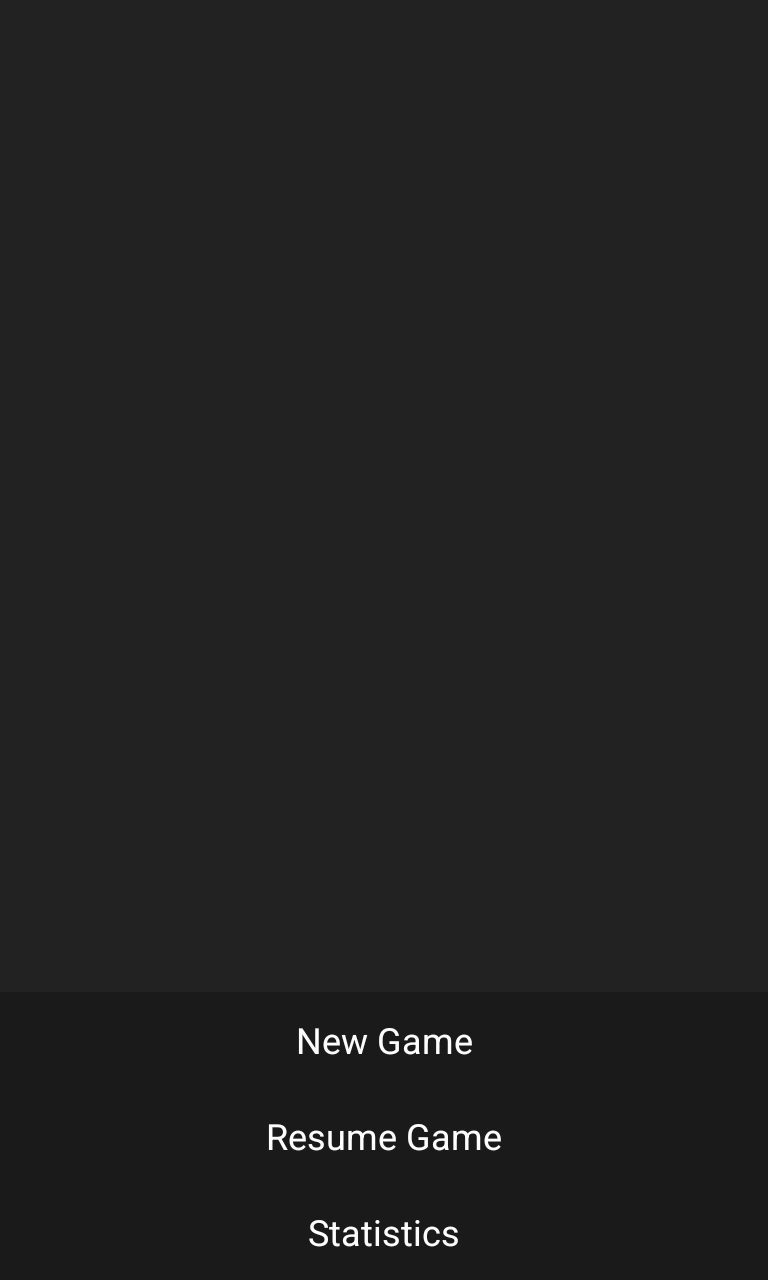
Repository: andyhurd/SuperMunchkin
Layout: SuperMunchkin/res/layout/activity_main_menu.xml
An editor plug-in stored every save of this project. The layout is shown before and after the next save, followed by the edit.
It is drawn on a 768 x 1280 px phone screen (xhdpi) without system bars, with theme AppTheme; the app's code is not run.

Above is the layout before, as saved 2012-11-02 01:17:20.

### SuperMunchkin/res/layout/activity_main_menu.xml

    <LinearLayout xmlns:android="http://schemas.android.com/apk/res/android"
        android:layout_width="fill_parent"
        android:layout_height="fill_parent"
        android:orientation="vertical"
        android:gravity="bottom"
        android:background="@color/charcoal" >

	    <LinearLayout
	        android:layout_width="fill_parent"
	        android:layout_height="wrap_content"
	        android:orientation="vertical"
	        android:gravity="center"
	        android:background="@color/charcoal_accent" >

	        <Button
	            android:id="@+id/newGameButton"
	            android:layout_width="match_parent"
	            android:layout_height="wrap_content"
	            android:text="@string/new_game"
		        android:textColor="@android:color/white"
		        style="?android:attr/borderlessButtonStyle" />

	        <Button
	            android:id="@+id/resumeGameButton"
	            android:layout_width="match_parent"
	            android:layout_height="wrap_content"
	            android:text="@string/resume_game"
		        android:textColor="@android:color/white"
		        style="?android:attr/borderlessButtonStyle" />

	        <Button
	            android:id="@+id/statisticsButton"
	            android:layout_width="match_parent"
	            android:layout_height="wrap_content"
	            android:text="@string/statistics"
		        android:textColor="@android:color/white"
		        style="?android:attr/borderlessButtonStyle" />
        </LinearLayout>

    </LinearLayout>

### SuperMunchkin/res/values/colors.xml
<resources>

    <color name="charcoal">#222222</color>
    <color name="charcoal_accent">#1A1A1A</color>
    <color name="mist">#BBBBBB</color>
    <color name="holo_blue_bright">#FF33FFFF</color>

</resources>

### SuperMunchkin/res/values/strings.xml
<resources>

    <string name="app_name">SuperMunchkin</string>
    <string name="averageGearAbbr">AVG GEAR</string>
    <string name="averageLevelAbbr">AVG LEVEL</string>
    <string name="cancel">Cancel</string>
    <string name="choose_next">Choose Next</string>
    <string name="declare_victor">is the winner!</string>
    <string name="done">Done</string>
    <string name="false_abbr">F</string>
    <string name="finish">Finish</string>
    <string name="firstName">First Name</string>
    <string name="first_player_prompt">Who Plays First?</string>
    <string name="gamesPlayedAbbr">GAMES PLAYED</string>
    <string name="gamesWonAbbr">GAMES WON</string>
    <string name="gear">Gear</string>
    <string name="gearAbbr">GEAR</string>
    <string name="lastName">Last Name</string>
    <string name="level">Level</string>
    <string name="levelAbbr">LEVEL</string>
    <string name="menu_settings">Settings</string>
    <string name="nextPlayer">Next Player</string>
    <string name="next_player_prompt">Who Plays Next?</string>
    <string name="one">1</string>
    <string name="new_game">New Game</string>
    <string name="player">PLAYER</string>
    <string name="playerName">Player Name</string>
    <string name="plus_sign">+</string>
    <string name="previousPlayer">Previous Player</string>
    <string name="reorder">Reorder</string>
    <string name="removePlayers">Remove Players</string>
    <string name="remove">Remove</string>
    <string name="restorePlayers">Restore Players</string>
    <string name="restore">Restore</string>
    <string name="resume_game">Resume Game</string>
    <string name="unfinished_game">Unfinished Game</string>
    <string name="save">Save</string>
    <string name="start">Start</string>
    <string name="statistics">Statistics</string>
    <string name="totalGearAbbr">TOTAL GEAR</string>
    <string name="totalLevelAbbr">TOTAL LEVEL</string>
    <string name="true_abbr">T</string>
    <string name="warrior">Warrior</string>
    <string name="warriorAbbr">WARR</string>
    <string name="warriorFull">WARRIOR</string>
    <string name="winPercentageAbbr">WIN%</string>
    <string name="zero">0</string>
    <string name="zeroPercent">0.0%</string>

</resources>

Loaded but not shown: SuperMunchkin/res/values-v11/styles.xml (common file); SuperMunchkin/res/values-v14/styles.xml (common file); SuperMunchkin/res/values/styles.xml (common file)

After the next save:
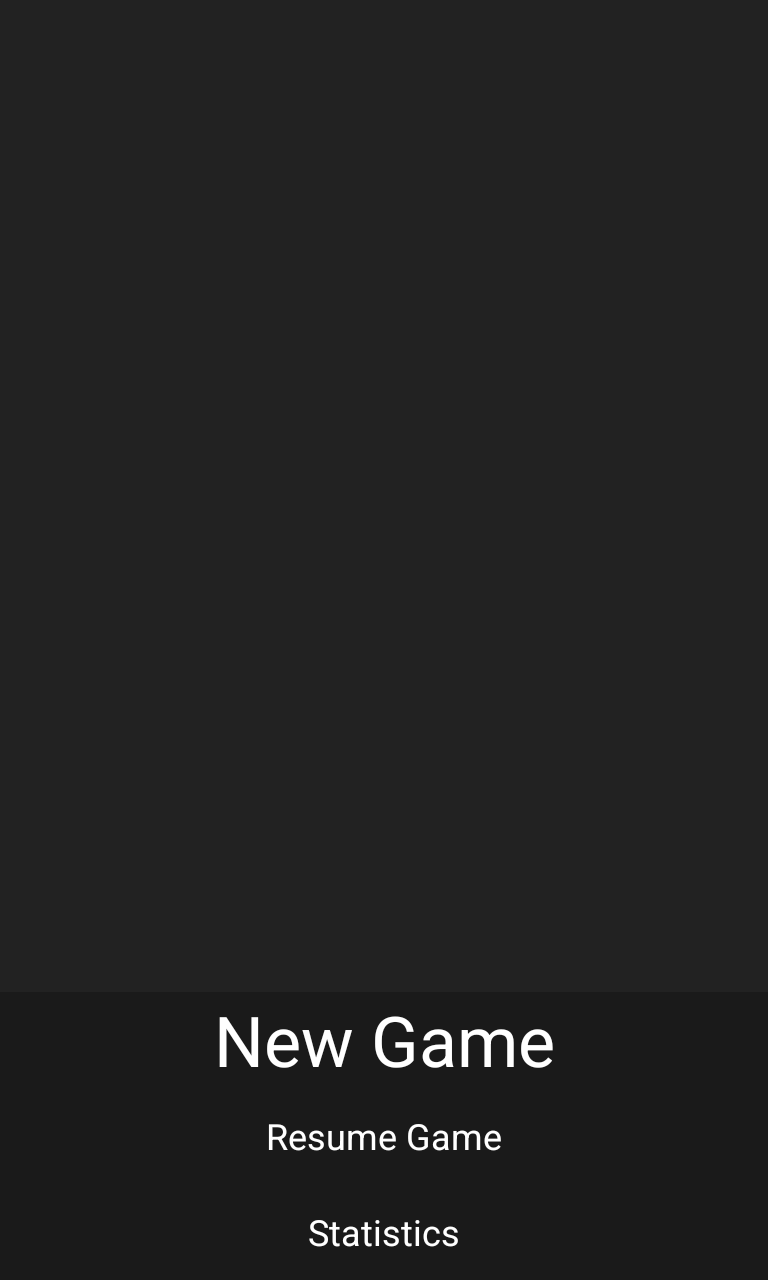
Saved 51 s later.
--- a/SuperMunchkin/res/layout/activity_main_menu.xml
+++ b/SuperMunchkin/res/layout/activity_main_menu.xml
@@ -19,6 +19,7 @@
 	            android:layout_height="wrap_content"
 	            android:text="@string/new_game"
 		        android:textColor="@android:color/white"
+		        android:textSize="35dip"
 		        style="?android:attr/borderlessButtonStyle" />
 
 	        <Button
